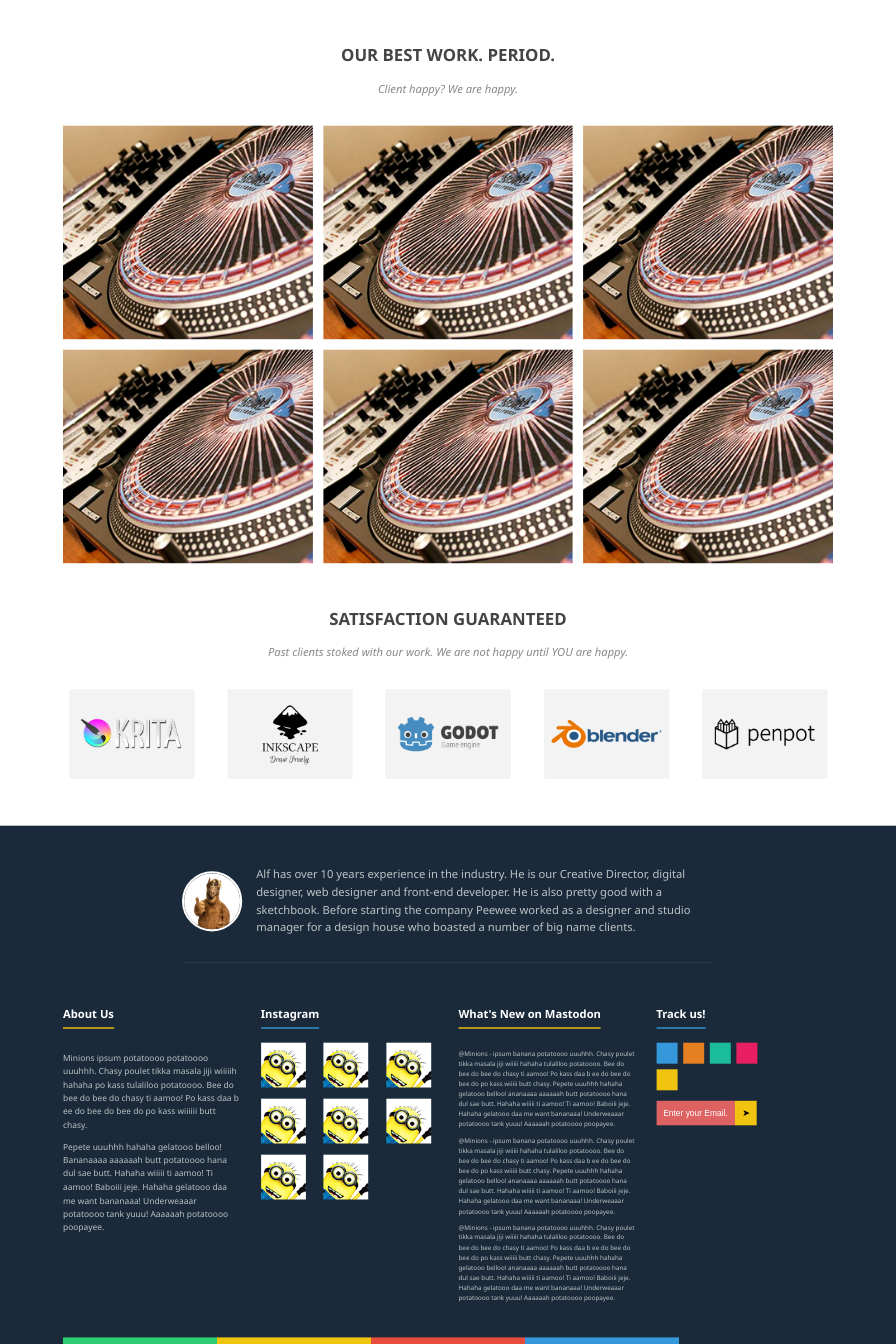
Repository: DavidYoo5/Project-1-Lab-2B-Assignment
Page: Project-1-Lab-2B-Assignment/index.html
These files come from the project's save history. The page is drawn as it stood at one moment and after the next save; the edit follows.
The browser window is 1280 px wide. The pictures show the part of the page from y = 1922 to 3842 px (the page is 3842 px tall before and 3832 px after), at 70% of full size.

Above is the page before, as saved 2026-01-28 15:56:06.

### Project-1-Lab-2B-Assignment/index.html
<!doctype html>
<html lang="en">
  <head>
    <meta charset="utf-8" />
    <meta name="viewport" content="width=device-width, initial-scale=1" />
    <title>Metrolics</title>
    <!-- <link rel="stylesheet" href="css/style.css"> -->
    <meta name="description" content="website for lab 2" />
    <link rel="stylesheet" href="style.css" />

    <!-- <meta property="og:title" content="">
  <meta property="og:type" content="">
  <meta property="og:url" content="">
  <meta property="og:image" content="">
  <meta property="og:image:alt" content="">

  <link rel="icon" href="/favicon.ico" sizes="any">
  <link rel="icon" href="/icon.svg" type="image/svg+xml">
  <link rel="apple-touch-icon" href="icon.png">
   <script src="js/app.js"></script>


  <link rel="manifest" href="site.webmanifest"> -->
    <meta name="theme-color" content="#fafafa" />
  </head>

  <body>
    <header class="site-header">
      <div class="header-container">
        <div class="logoAndHeading">
          <h1>Metrolics</h1>
          <div class="logo-vectors">
            <svg
              id="Layer_2"
              data-name="Layer 2"
              xmlns="http://www.w3.org/2000/svg"
              viewBox="0 0 111.31 111.31"
            >
              <defs>
                <style>
                  .cls-1 {
                    fill: #1691bd;
                  }

                  .cls-1,
                  .cls-2,
                  .cls-3,
                  .cls-4 {
                    fill-rule: evenodd;
                  }

                  .cls-2 {
                    fill: #25c389;
                  }

                  .cls-3 {
                    fill: #de6262;
                  }

                  .cls-4 {
                    fill: #ffb901;
                  }
                </style>
              </defs>
              <g id="Layer_1-2" data-name="Layer 1">
                <path class="cls-4" d="M74.21,0h37.1v37.1h-37.1V0Z" />
                <path class="cls-2" d="M0,0h37.1v37.1H0V0Z" />
                <path class="cls-1" d="M37.1,37.1h37.1v37.1h-37.1v-37.1Z" />
                <path class="cls-4" d="M0,74.21h37.1v37.1H0v-37.1Z" />
                <path class="cls-3" d="M74.21,74.21h37.1v37.1h-37.1v-37.1Z" />
              </g>
            </svg>
          </div>
        </div>
        <div class="main-nav-container">
          <nav class="main-nav">
            <a href="#" class="nav-home">Home ></a>
            <a href="#" class="nav-portfolio">Portfolio ></a>
            <a href="#" class="nav-blog">Blog ></a>
            <a href="#" class="nav-quo">Quo Vadis? ></a>
            <a href="#" class="nav-chat">Let's Chat ></a>
          </nav>
        </div>
      </div>
    </header>

    <section class="hero">
      <div class="hero-content">
        <h1 class="hero-title">Metro Style</h1>
        <h2 class="hero-subtitle">Quick on the feet</h2>
        <h3 class="hero-tagline">Metro Styling reinvented</h3>
      </div>
      <img
        src="img/00c1b9f08d738d1023baf2062988c56225701209.png"
        alt="Hero Image"
        class="hero-img"
      />
    </section>

    <section class="intro">
      <h2>Hi folks! We are the <span>Metrolics</span> design studio.</h2>
      <p>With our help, the sky's the limit to express your creativity!</p>
    </section>

    <section class="services">
      <div class="section-heading pink-border">
        <h3>Things That We Do</h3>
        <p>Full service design solutions</p>
      </div>
      <div class="services-grid">
        <div class="service-item">
          <div class="icon-box yellow">💡</div>
          <h4>Web Solutions</h4>
          <p>
            We are a fairly small, flexible design studio that designs for print
            and web. We work flexibly with clients.
          </p>
        </div>
        <div class="service-item">
          <div class="icon-box green">📷</div>
          <h4>Photography</h4>
          <p>
            We are a fairly small, flexible design studio that designs for print
            and web. We work flexibly with clients.
          </p>
        </div>
        <div class="service-item">
          <div class="icon-box red">☝️</div>
          <h4>App Development</h4>
          <p>
            We are a fairly small, flexible design studio that designs for print
            and web. We work flexibly with clients.
          </p>
        </div>
        <div class="service-item">
          <div class="icon-box blue">✏️</div>
          <h4>UX Design</h4>
          <p>
            We are a fairly small, flexible design studio that designs for print
            and web. We work flexibly with clients.
          </p>
        </div>
      </div>
    </section>

    <section class="blog">
      <div class="section-heading">
        <h3>What's Up Lately?</h3>
        <p>Read up on our latest work</p>
      </div>
      <div class="blog-grid">
        <div class="blog-card">
          <img
            src="img/9d8936101658556ea729473327b08b9089fea2ca.png"
            alt="Blog"
          />
          <div class="blog-info">
            Sample Image Post <span>Photography</span>
          </div>
        </div>
        <div class="blog-card">
          <img
            src="img/9d8936101658556ea729473327b08b9089fea2ca.png"
            alt="Blog"
          />
          <div class="blog-info">
            Sample Image Post <span>Photography</span>
          </div>
        </div>
        <div class="blog-card">
          <img
            src="img/9d8936101658556ea729473327b08b9089fea2ca.png"
            alt="Blog"
          />
          <div class="blog-info">
            Sample Image Post <span>Photography</span>
          </div>
        </div>
      </div>
    </section>

    <section class="portfolio">
      <div class="section-heading">
        <h3>Our Best Work. Period.</h3>
        <p>Client happy? We are happy.</p>
      </div>
      <div class="portfolio-grid">
        <img
          src="img/9d8936101658556ea729473327b08b9089fea2ca.png"
          alt="Work"
        />
        <img
          src="img/9d8936101658556ea729473327b08b9089fea2ca.png"
          alt="Work"
        />
        <img
          src="img/9d8936101658556ea729473327b08b9089fea2ca.png"
          alt="Work"
        />
        <img
          src="img/9d8936101658556ea729473327b08b9089fea2ca.png"
          alt="Work"
        />
        <img
          src="img/9d8936101658556ea729473327b08b9089fea2ca.png"
          alt="Work"
        />
        <img
          src="img/9d8936101658556ea729473327b08b9089fea2ca.png"
          alt="Work"
        />
      </div>
    </section>

    <section class="clients">
      <div class="section-heading">
        <h3>Satisfaction Guaranteed</h3>
        <p>
          Past clients stoked with our work. We are not happy until YOU are
          happy.
        </p>
      </div>
      <div class="client-grid">
        <div class="client-box"><img src="Client-Krita.png" alt="Krita" /></div>
        <div class="client-box">
          <img src="img/Client-Inkscape.png" alt="Inkscape" />
        </div>
        <div class="client-box"><img src="Client-Godot.png" alt="Godot" /></div>
        <div class="client-box">
          <img src="img/Client-Blender.png" alt="Blender" />
        </div>
        <div class="client-box">
          <img src="img/Client-Penpot.png" alt="Penpot" />
        </div>
      </div>
    </section>

    <footer class="site-footer">
      <div class="content-in-footer">
        <div class="footer-top">
          <img
            src="img/87e668f15f35aacbb73c4f1a013d22e3d90bf0ea.png"
            alt="Alf"
            class="footer-avatar"
          />
          <p>
            Alf has over 10 years experience in the industry. He is our Creative
            Director, digital designer, web designer and front-end developer. He
            is also pretty good with a sketchbook. Before starting the company
            Peewee worked as a designer and studio manager for a design house
            who boasted a number of big name clients.
          </p>
        </div>

        <div class="footer-main">
          <div class="footer-col">
            <h4 class="footer-h yellow-underline">About Us</h4>
            <p class="about-us-p">
              Minions ipsum potatoooo potatoooo uuuhhh. Chasy poulet tikka
              masala jiji wiiiiih hahaha po kass tulaliloo potatoooo. Bee do bee
              do bee do chasy ti aamoo! Po kass daa b ee do bee do bee do po
              kass wiiiiii butt chasy.
            </p>
            <p class="about-us-p">
              Pepete uuuhhh hahaha gelatooo belloo! Bananaaaa aaaaaah butt
              potatoooo hana dul sae butt. Hahaha wiiiii ti aamoo! Ti aamoo!
              Baboiii jeje. Hahaha gelatooo daa me want bananaaa! Underweaaar
              potatoooo tank yuuu! Aaaaaah potatoooo poopayee.
            </p>
          </div>
          <div class="footer-col">
            <h4 class="footer-h blue-underline">Instagram</h4>
            <div class="insta-grid">
              <img
                src="img/a1e67b2d3c8bb07d5fb83b2f349484c7c0fd2724.png"
                alt="insta"
              />
              <img
                src="img/a1e67b2d3c8bb07d5fb83b2f349484c7c0fd2724.png"
                alt="insta"
              />
              <img
                src="img/a1e67b2d3c8bb07d5fb83b2f349484c7c0fd2724.png"
                alt="insta"
              />
              <img
                src="img/a1e67b2d3c8bb07d5fb83b2f349484c7c0fd2724.png"
                alt="insta"
              />
              <img
                src="img/a1e67b2d3c8bb07d5fb83b2f349484c7c0fd2724.png"
                alt="insta"
              />
              <img
                src="img/a1e67b2d3c8bb07d5fb83b2f349484c7c0fd2724.png"
                alt="insta"
              />
              <img
                src="img/a1e67b2d3c8bb07d5fb83b2f349484c7c0fd2724.png"
                alt="insta"
              />
              <img
                src="img/a1e67b2d3c8bb07d5fb83b2f349484c7c0fd2724.png"
                alt="insta"
              />
            </div>
          </div>
          <div class="footer-mastodon">
            <h4 class="footer-h yellow-underline">What's New on Mastodon</h4>
            <p class="mastodon-p">
              <span>@Minions</span> - ipsum banana potatoooo uuuhhh. Chasy
              poulet tikka masala jiji wiiiii hahaha tulaliloo potatoooo. Bee do
              bee do bee do chasy ti aamoo! Po kass daa b ee do bee do bee do po
              kass wiiiii butt chasy. Pepete uuuhhh hahaha gelatooo belloo!
              ananaaaa aaaaaah butt potatoooo hana dul sae butt. Hahaha wiiiii
              ti aamoo! Ti aamoo! Baboiii jeje. Hahaha gelatooo daa me want
              bananaaa! Underweaaar potatoooo tank yuuu! Aaaaaah potatoooo
              poopayee.
            </p>
            <p class="mastodon-p">
              <span>@Minions</span> - ipsum banana potatoooo uuuhhh. Chasy
              poulet tikka masala jiji wiiiii hahaha tulaliloo potatoooo. Bee do
              bee do bee do chasy ti aamoo! Po kass daa b ee do bee do bee do po
              kass wiiiii butt chasy. Pepete uuuhhh hahaha gelatooo belloo!
              ananaaaa aaaaaah butt potatoooo hana dul sae butt. Hahaha wiiiii
              ti aamoo! Ti aamoo! Baboiii jeje. Hahaha gelatooo daa me want
              bananaaa! Underweaaar potatoooo tank yuuu! Aaaaaah potatoooo
              poopayee.
            </p>
            <p class="mastodon-p">
              <span>@Minions</span> - ipsum banana potatoooo uuuhhh. Chasy
              poulet tikka masala jiji wiiiii hahaha tulaliloo potatoooo. Bee do
              bee do bee do chasy ti aamoo! Po kass daa b ee do bee do bee do po
              kass wiiiii butt chasy. Pepete uuuhhh hahaha gelatooo belloo!
              ananaaaa aaaaaah butt potatoooo hana dul sae butt. Hahaha wiiiii
              ti aamoo! Ti aamoo! Baboiii jeje. Hahaha gelatooo daa me want
              bananaaa! Underweaaar potatoooo tank yuuu! Aaaaaah potatoooo
              poopayee.
            </p>
          </div>

          <div class="footer-track-us">
            <h4 class="footer-h blue-underline">Track us!</h4>
            <div class="social-squares">
              <div class="sq blue"></div>
              <div class="sq orange"></div>
              <div class="sq cyan"></div>
              <div class="sq pink"></div>
              <div class="sq gold"></div>
            </div>

            <div class="newsletter">
              <input type="text" placeholder="Enter your Email..." />
              <button>➤</button>
            </div>
          </div>
        </div>
        <div class="footer-bottom-bar">
          <div class="bar-green"></div>
          <div class="bar-yellow"></div>
          <div class="bar-red"></div>
          <div class="bar-blue"></div>
          <div class="bar-dark"></div>
        </div>
      </div>
    </footer>
  </body>
</html>

### Project-1-Lab-2B-Assignment/style.css
/* --- Body --- */

body {
  font-family: "Segoe UI", Tahoma, Geneva, Verdana, sans-serif;
  color: #444;
  line-height: 1.6;
  text-align: center;
  height: 100vh;
  width: 100vw;
  margin: 0px;
}

/* --- Header & Nav --- */
.site-header {
  background: #fff;
  padding-left: 10;
}

.header-container {
  max-width: 1100px;
  margin: 0 auto;
  display: flex;
  justify-content: space-between;
  align-items: center;
}

.logoAndHeading {
  font-size: 24px;
  font-weight: bold;
  color: #333;
  display: flex;
  flex-direction: row;
  align-items: center;
  gap: 20px;
}

.logo-vectors {
  display: inline-block;
  width: 20px;
  height: 20px;
  margin-left: 2px;
}

.main-nav a {
  text-decoration: none;
  color: white;
  font-size: 14px;
  font-weight: bold;
}

.nav-home {
  background-color: #2ecc71;
  padding: 0;
  margin: 0;
}

.nav-portfolio {
  background-color: #f1c40f;
  padding: 0;
  margin: 0;
}

.nav-blog {
  background-color: #e74c3c;
  padding: 0;
  margin: 0;
}

.nav-quo {
  background-color: #3498db;
  padding: 0;
  margin: 0;
}

.nav-chat {
  background-color: #34495e;
  padding: 0;
  margin: 0;
}

/* --- Hero Section --- */
.hero {
  position: relative;
  height: 500px;
  overflow: hidden;
}

.hero-img {
  width: 100%;
  height: 100%;
  object-fit: cover;
}

.hero-content {
  position: absolute;
  top: 50%;
  left: 15%;
  transform: translateY(-50%);
  text-align: left;
  z-index: 2;
}

.hero-content h1,
.hero-content h2,
.hero-content h3 {
  background: white;
  padding: 10px 20px;
  margin-bottom: 10px;
  display: table;
  font-weight: normal;
  box-shadow: 2px 2px 5px rgba(0, 0, 0, 0.1);
}

.hero-title {
  border-left: 5px solid #3498db;
  font-size: 28px;
}

.hero-subtitle {
  border-left: 5px solid #e74c3c;
  font-size: 22px;
}

.hero-tagline {
  border-left: 5px solid #f1c40f;
  font-size: 18px;
}

/* --- Sections Common --- */
section {
  max-width: 1100px;
  margin: 60px auto;
  padding: 0 20px;
}

.section-heading {
  margin-bottom: 40px;
}

.section-heading h3 {
  font-size: 24px;
  text-transform: uppercase;
  margin-bottom: 5px;
}

.section-heading p {
  color: #888;
  font-style: italic;
}

.pink-border {
  border: 4px solid #ff00ff;
  padding: 20px;
  display: inline-block;
  width: 100%;
}

/* --- Intro --- */
.intro h2 {
  font-size: 32px;
  font-weight: 300;
}

.intro span {
  color: #3498db;
  font-weight: bold;
}

/* --- Grids --- */
.services-grid,
.blog-grid,
.portfolio-grid,
.client-grid {
  display: grid;
  gap: 30px;
}

.services-grid {
  grid-template-columns: repeat(4, 1fr);
}

.blog-grid {
  grid-template-columns: repeat(3, 1fr);
}

.portfolio-grid {
  grid-template-columns: repeat(3, 1fr);
  gap: 15px;
}

.client-grid {
  grid-template-columns: repeat(5, 1fr);
  align-items: center;
}

/* Icons */
.icon-box {
  font-size: 40px;
  width: 80px;
  height: 80px;
  line-height: 80px;
  margin: 0 auto 20px;
  border: 2px solid;
}

.yellow {
  border-color: #f1c40f;
  color: #f1c40f;
}

.green {
  border-color: #2ecc71;
  color: #2ecc71;
}

.red {
  border-color: #e74c3c;
  color: #e74c3c;
}

.blue {
  border-color: #3498db;
  color: #3498db;
}

/* Blog Cards */
.blog-card img,
.portfolio-grid img {
  width: 100%;
  display: block;
}

.blog-info {
  background: #3498db;
  color: white;
  padding: 10px;
  text-align: left;
  font-size: 14px;
}

.blog-info span {
  float: right;
  font-size: 12px;
  opacity: 0.8;
}

/* --- Footer --- */
.site-footer {
  background: #1a2a3a;
  color: #bdc3c7;
  padding-top: 40px;
  text-align: left;
}

 .content-in-footer {
  max-width: 1100px;
  margin: 0 auto;
  padding: 0;
 }


.footer-top {
  max-width: 760px;
  margin: 0 auto 40px;
  display: flex;
  align-items: center;
  gap: 20px;
  border-bottom: 1px solid #2c3e50;
  padding-bottom: 20px;
}

.footer-avatar {
  width: 80px;
  height: 80px;
  border-radius: 50%;
  border: 3px solid #fff;
}

.footer-main {
  max-width: 1100px;
  margin: 0 auto;
  display: grid;
  grid-template-columns: repeat(4, 1fr);
  gap: 30px;
  padding-bottom: 40px;
}


.about-us-p {
  font-size: 12px;
}

.footer-h {
  color: white;
  margin-bottom: 20px;
  padding-bottom: 5px;
  display: inline-block;
}

.yellow-underline {
  border-bottom: 2px solid #f1c40f;
}

.blue-underline {
  border-bottom: 2px solid #3498db;
}

/* Instagram Grid */
.insta-grid {
  display: grid;
  grid-template-columns: repeat(3, 1fr);
  gap: 16px;
}

.insta-grid img {
  width: 100%;
  width: 64px;
  height: 64px;
}

.footer-mastodon {
  max-width: 320px;
}

.mastodon-p {
  font-size: 9px;
}

.footer-track-us {

  max-width: 144px;
}

/* Social Squares */
.social-squares {
  display: grid;
  grid-template-columns: repeat(4, 1fr);
  gap: 8px;
  margin-bottom: 15px;
  max-width: 144px;
}

.sq {
  width: 30px;
  height: 30px;

}

.sq.blue {
  background: #3498db;
}

.sq.orange {
  background: #e67e22;
}

.sq.cyan {
  background: #1abc9c;
}

.sq.pink {
  background: #e91e63;
}

.sq.gold {
  background: #f1c40f;
}

/* Newsletter */
.newsletter {
  display: flex;
  max-width: 143.92px;
}


::placeholder {
  color: #FFFFFF;
  font-size: 12px;
}

.newsletter input {
  background: #DE6262;
  border: none;
  padding: 10px;
  color: white;
  width: 80%;
}

.newsletter button {
  background: #f1c40f;
  border: none;
  padding: 10px;
  cursor: pointer;
}

/* Bottom Color Bar */
.footer-bottom-bar {
  display: flex;
  height: 10px;
}

.footer-bottom-bar div {
  flex: 1;
}

.bar-green {
  background: #2ecc71;
}

.bar-yellow {
  background: #f1c40f;
}

.bar-red {
  background: #e74c3c;
}

.bar-blue {
  background: #3498db;
}

.bar-dark {
  background: #1a2a3a;
}

After the next save:
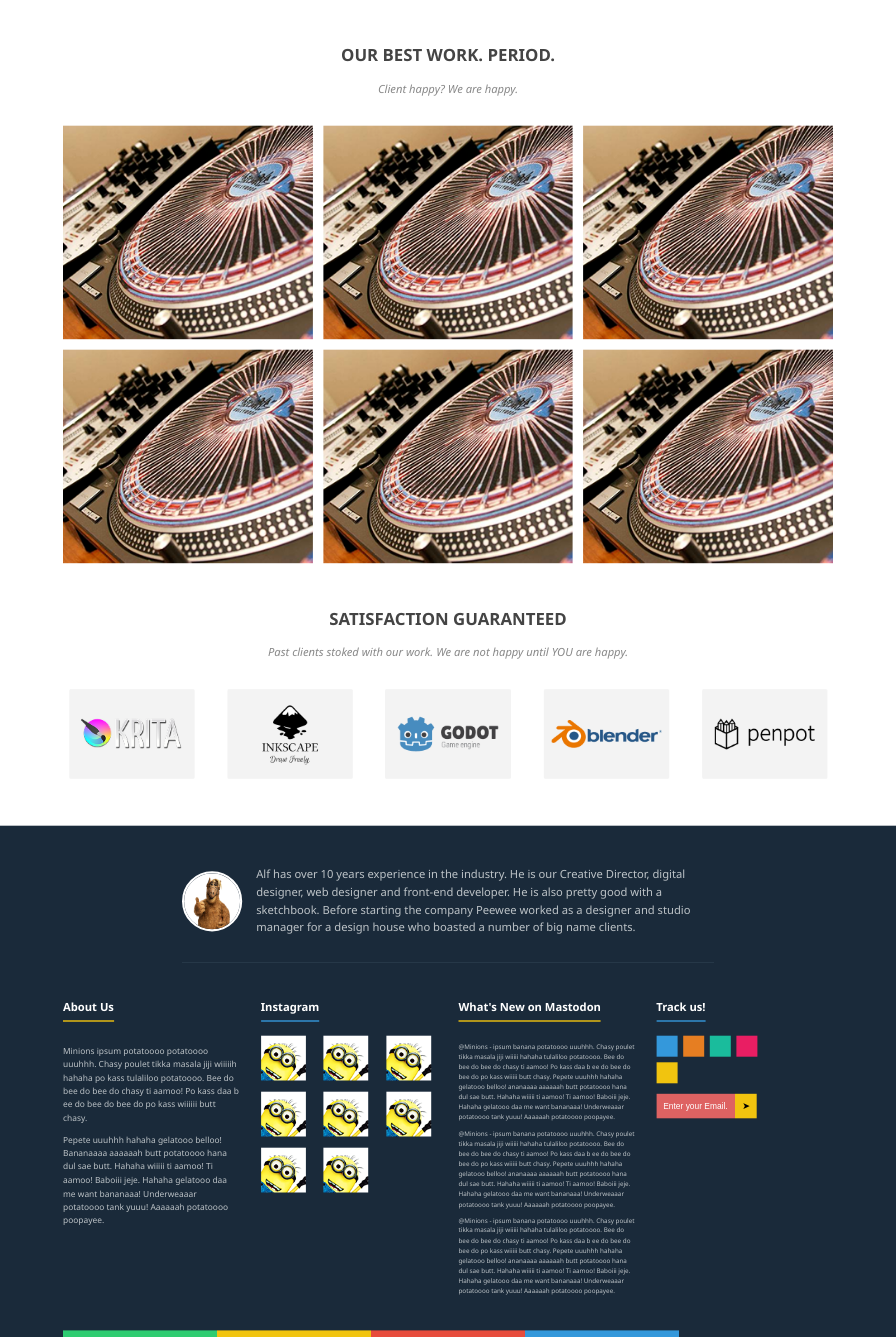
Saved 10 s later.
--- a/Project-1-Lab-2B-Assignment/style.css
+++ b/Project-1-Lab-2B-Assignment/style.css
@@ -261,7 +261,7 @@
 
 .footer-top {
   max-width: 760px;
-  margin: 0 auto 40px;
+  margin: 0 auto 30px;
   display: flex;
   align-items: center;
   gap: 20px;

After the save that followed:
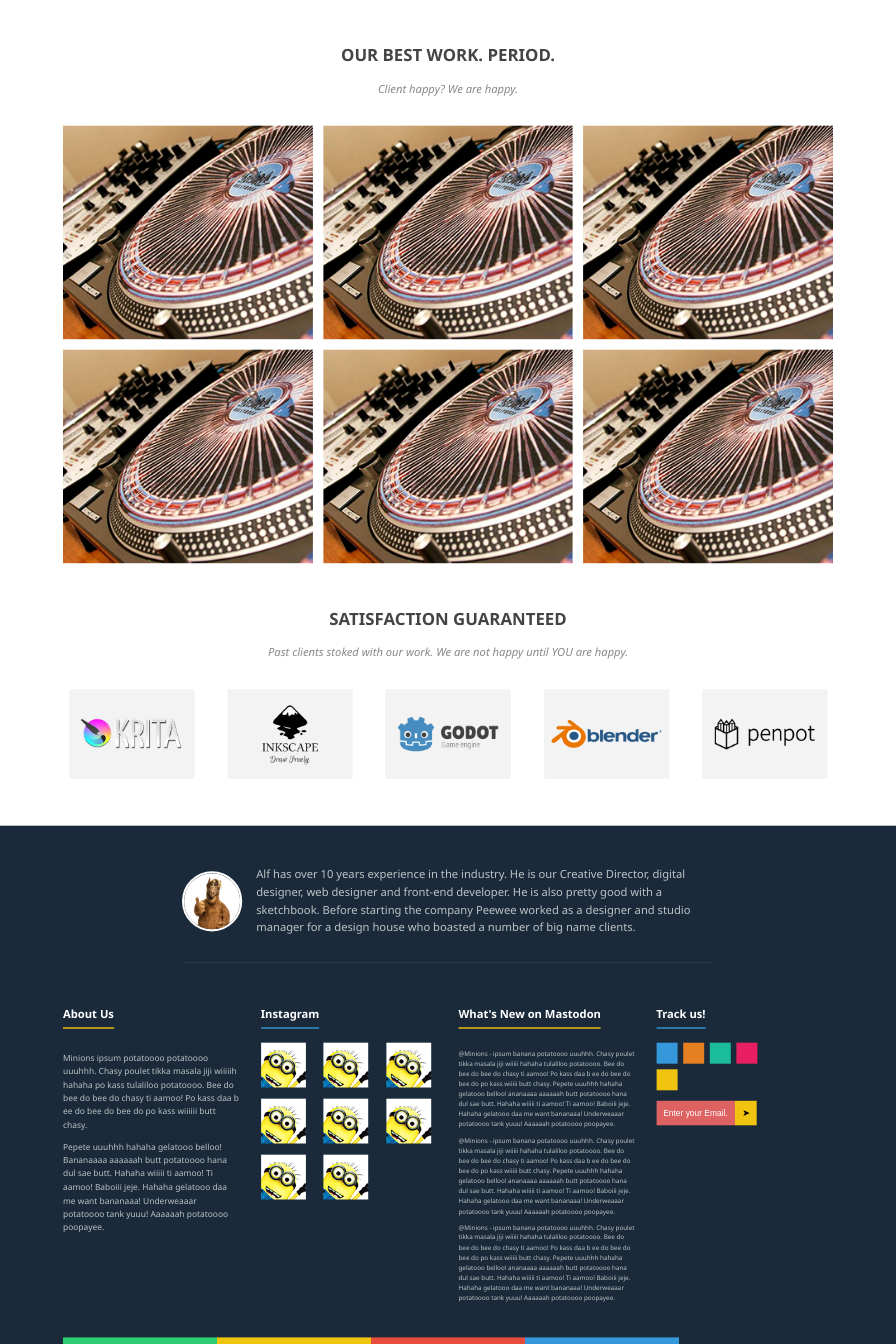
Saved 4 s later.
--- a/Project-1-Lab-2B-Assignment/style.css
+++ b/Project-1-Lab-2B-Assignment/style.css
@@ -261,7 +261,7 @@
 
 .footer-top {
   max-width: 760px;
-  margin: 0 auto 30px;
+  margin: 0 auto 40px;
   display: flex;
   align-items: center;
   gap: 20px;
